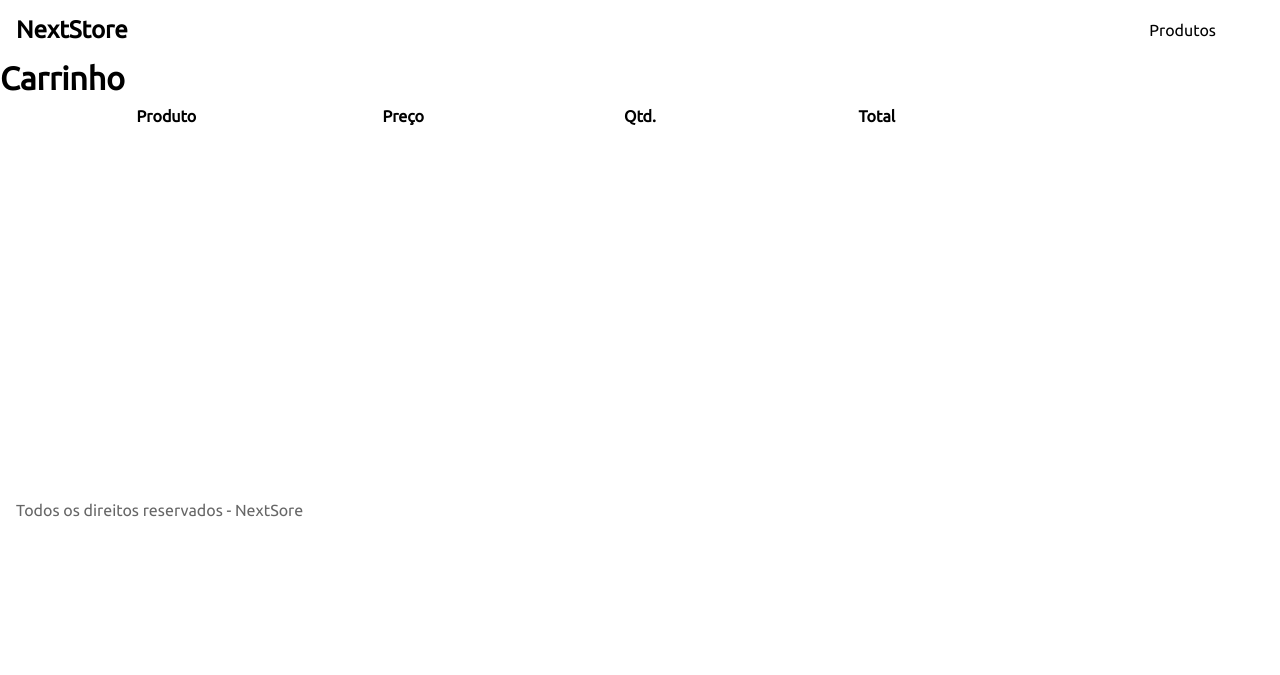
Repository: leonardoweiss/storeNext
Page: /cart
These files come from the project's save history. The page is drawn as it stood at one moment and after the next save; the edit follows.
The browser window is 1280 px wide. The pictures show the whole page.
The project was rebuilt for these pictures with package versions that can differ from the ones it lists, and the page was loaded fresh each time. The framework's server and built-in components were replaced by stand-ins that run in the browser. Also part of the build but not shown: next.config.js.

Above is the page before, as saved 2024-01-17 21:41:46.

After the next save:
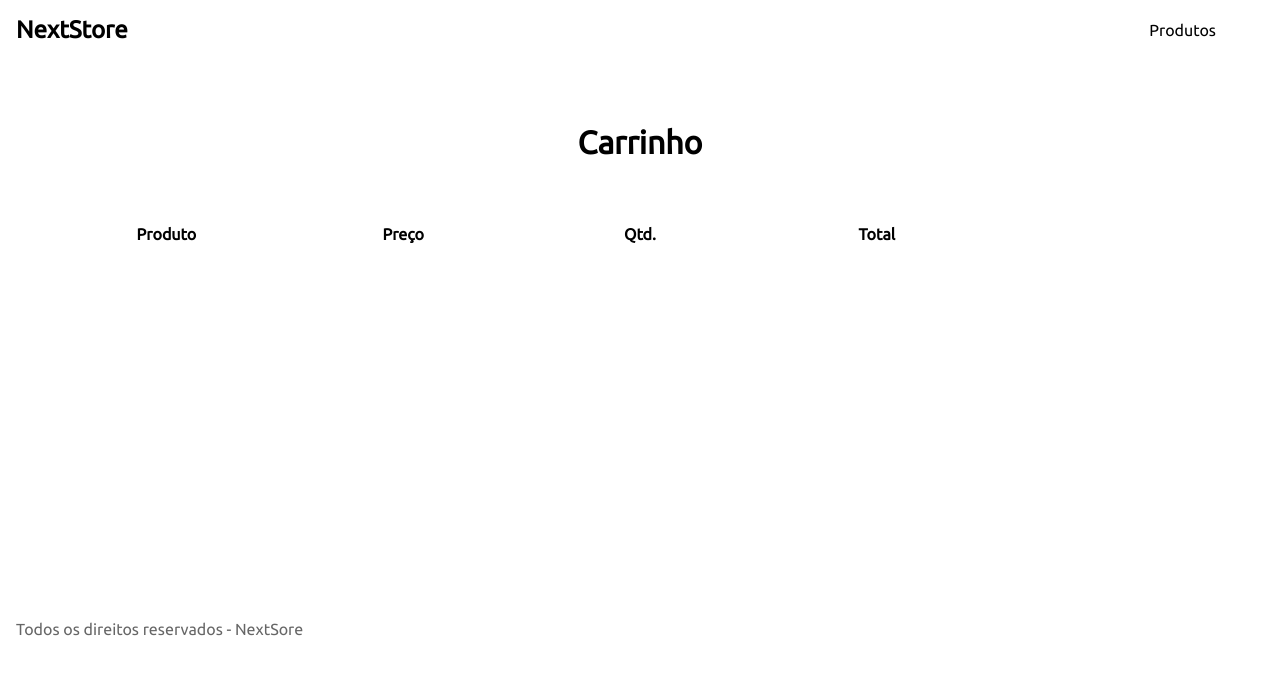
Saved 27 s later.
--- a/src/pages/cart.jsx
+++ b/src/pages/cart.jsx
@@ -8,7 +8,7 @@ function Cart() {
     return (
         <>
             <Header />
-            <h1>Carrinho</h1>
+            <h1 className="page-title center">Carrinho</h1>
             <div className="table-cart">
                 <header>
                     <div>Produto</div>
